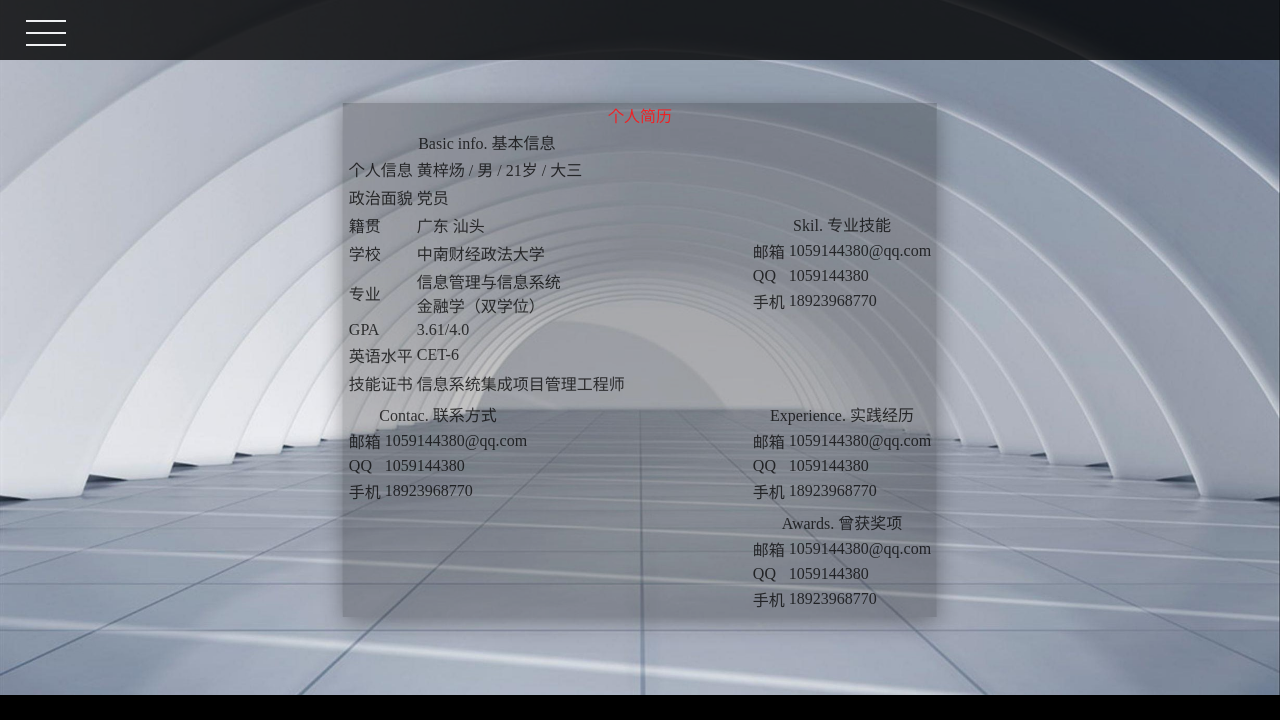
Repository: ustc-hzy/ziYang
Page: resume.html
An editor plug-in stored every save of this project. The page is shown before and after the next save, followed by the edit.
The browser window is 1280 px wide. The pictures show the whole page.

Above is the page before, as saved 2020-06-18 00:26:32.

After the next save:
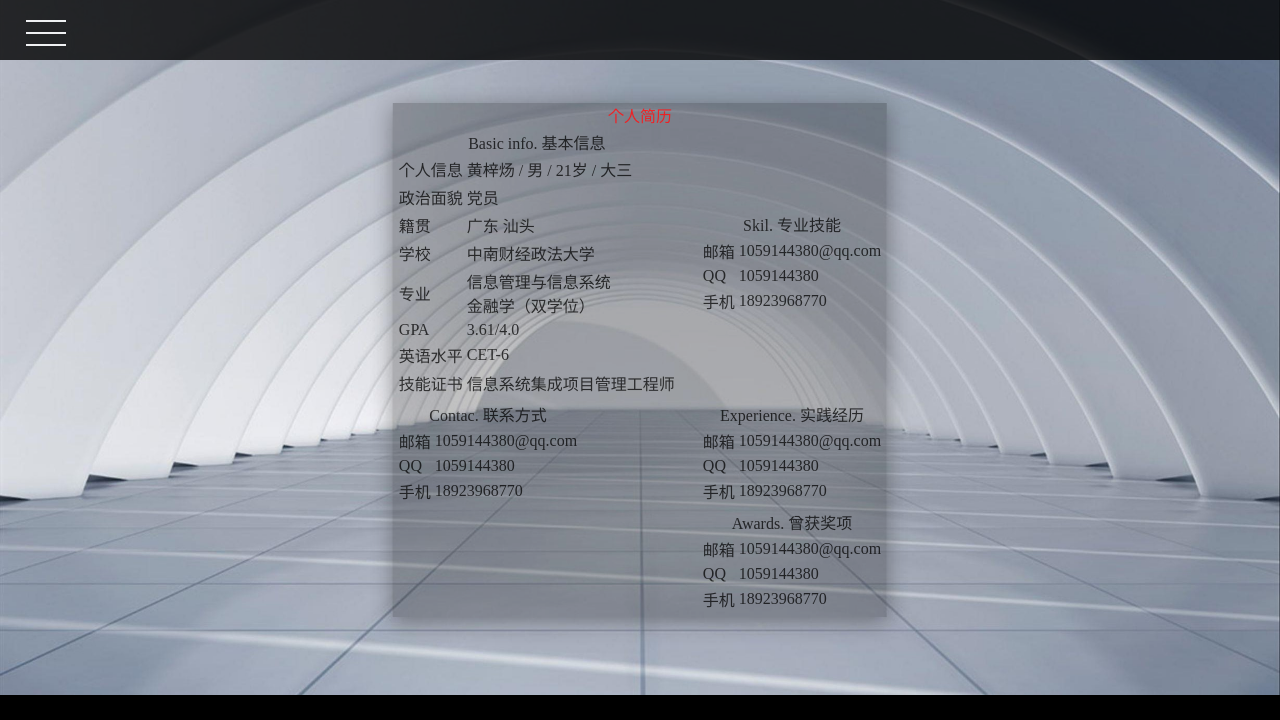
Saved 8 s later.
--- a/css/resume.css
+++ b/css/resume.css
@@ -2,5 +2,5 @@
     color: red;
 }
 .left-column{
-    width: 400px;
+    width: 300px;
 }
